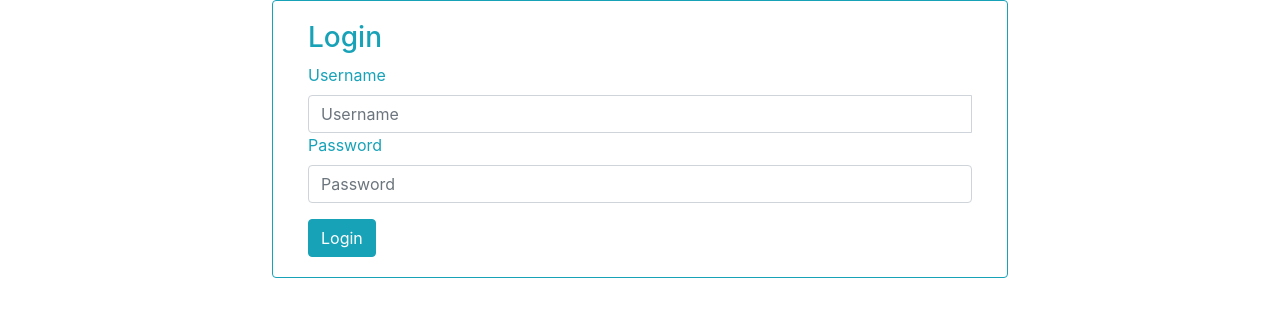
Repository: hrishibhattu/CodeFury-Internal-2
Page: http://localhost/ToYoDo/JSP/customerLogin.jsp
The author's editor kept a copy of each file at every save. The page is drawn from the files as they stood at one save, then again after the next save.
The browser window is 1280 px wide. The pictures show the whole page.
Some web libraries are served in a nearby version. The page is served by Tomcat 9. Other server files are loaded and not shown.

Above is the page before, as saved 2021-09-17 19:08:51.

### ToYoDo/WebContent/JSP/customerLogin.jsp
<%@ page language="java" contentType="text/html; charset=ISO-8859-1"
	pageEncoding="ISO-8859-1"%>
<!DOCTYPE html>
<html>
<head>
<meta charset="ISO-8859-1">
<title>Customer Login</title>
<link rel="stylesheet"
	href="https://maxcdn.bootstrapcdn.com/bootstrap/4.0.0/css/bootstrap.min.css">
<script src="https://code.jquery.com/jquery-3.2.1.slim.min.js"></script>
<script
	src="https://cdnjs.cloudflare.com/ajax/libs/popper.js/1.12.9/umd/popper.min.js"></script>
<script
	src="https://maxcdn.bootstrapcdn.com/bootstrap/4.0.0/js/bootstrap.min.js"></script>
<script
	src="https://ajax.googleapis.com/ajax/libs/jquery/3.3.1/jquery.min.js"></script>
<script>
	(function() {
		'use strict';
		window.addEventListener('load', function() {
			// Fetch all the forms we want to apply custom Bootstrap validation styles to
			var forms = document.getElementsByClassName('needs-validation');
			// Loop over them and prevent submission
			var validation = Array.prototype.filter.call(forms, function(form) {
				form.addEventListener('submit', function(event) {
					if (form.checkValidity() === false) {
						event.preventDefault();
						event.stopPropagation();
					}
					form.classList.add('was-validated');
				}, false);
			});
		}, false);
	})();
</script>
</head>
<body>
	<div class="card border-info container" style="max-width: 46rem;">

		<div class="card-body text-info">
			<form class="needs-validation" novalidate method="post"
				onsubmit="return main()" action="/onlinecourseportal/Login">
				<h3>Login</h3>
				<div class="form-group">
					<label for="validUsername">Username</label>
					<div class="input-group">
						<input type="text" class="form-control" id="validUsername"
							name="username" placeholder="Username"
							aria-describedby="inputGroupPrepend" required>
						<div class="invalid-feedback">Username is missing!</div>
					</div>
					<div class="form-group">
						<label for="inputPassword">Password</label> <input type="password"
							class="form-control" id="inputPassword" name="password"
							placeholder="Password" required>
						<div class="invalid-feedback">Password is missing!</div>
					</div>
				</div>
				<button type=submit class="btn btn-info">Login</button>
			</form>
		</div>
	</div>

</body>
</html>

After the next save:
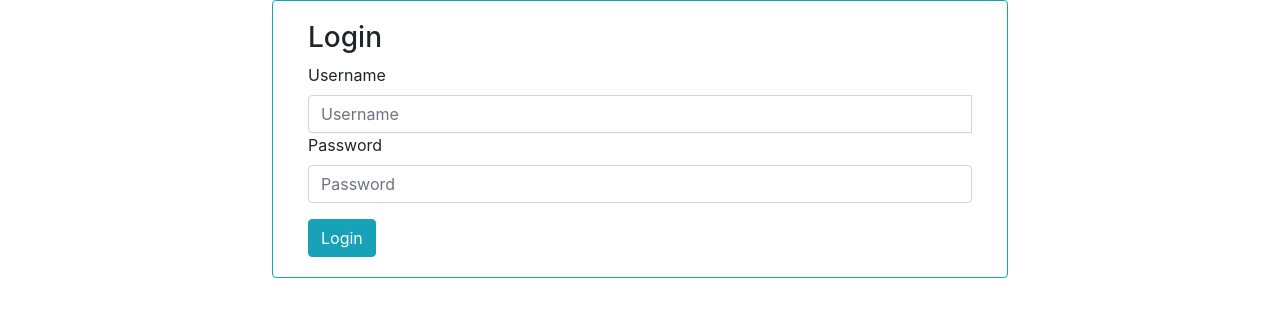
Saved 93 s later.
--- a/ToYoDo/WebContent/JSP/customerLogin.jsp
+++ b/ToYoDo/WebContent/JSP/customerLogin.jsp
@@ -37,9 +37,9 @@
 <body>
 	<div class="card border-info container" style="max-width: 46rem;">
 
-		<div class="card-body text-info">
+		<div class="card-body">
 			<form class="needs-validation" novalidate method="post"
-				onsubmit="return main()" action="/onlinecourseportal/Login">
+				onsubmit="return main()" action="/toyodo/Login">
 				<h3>Login</h3>
 				<div class="form-group">
 					<label for="validUsername">Username</label>
